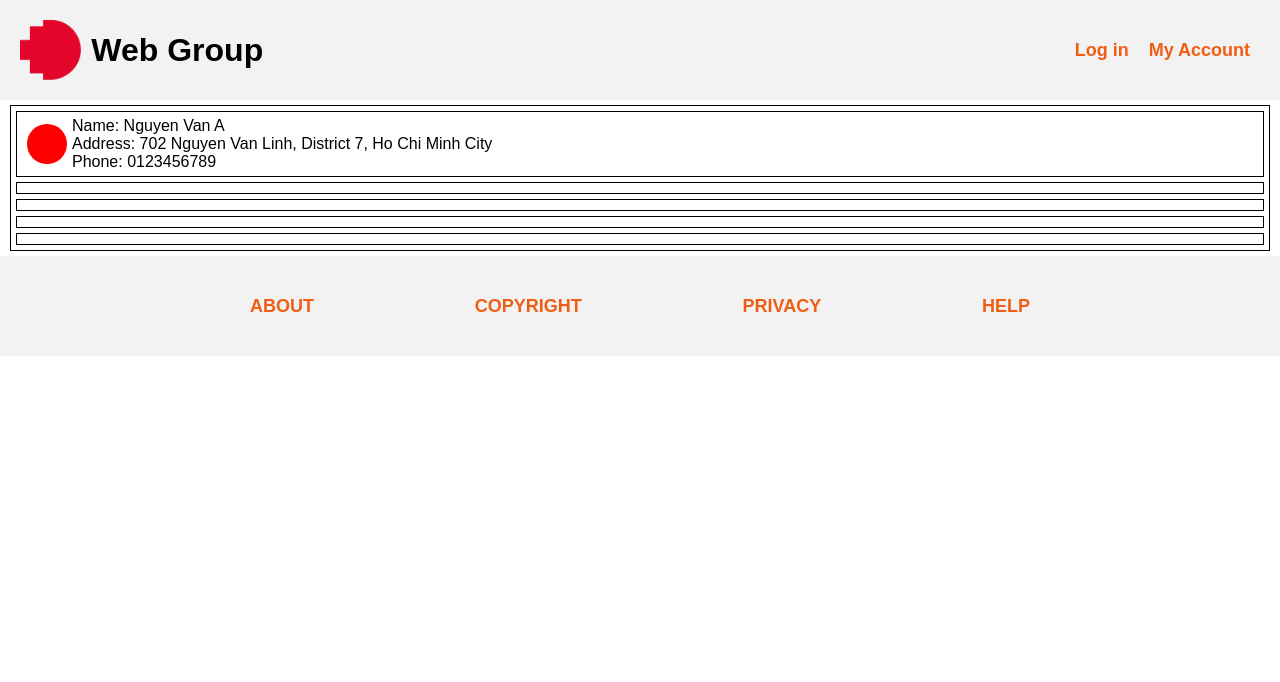
Repository: quynguyn/shoopingweb
Page: shipper.html
The author's editor kept a copy of each file at every save. The page is drawn from the files as they stood at one save, then again after the next save.
The browser window is 1280 px wide. The pictures show the whole page.

Above is the page before, as saved 2023-05-04 15:09:21.

### shipper.html
<!DOCTYPE html>
<html lang="en">

<head>
	<meta charset="UTF-8">
	<meta http-equiv="X-UA-Compatible" content="IE=edge">
	<meta name="viewport" content="width=device-width, initial-scale=1.0">
	<title>Shipper</title>
	<link rel="stylesheet" href="Asset/CSS/style.css">
	<link rel="stylesheet" href="Asset/CSS/shipper.css">
</head>

<body>
	<!-- Header of the page -->
	<header>
		<div class="logo">
			<img src="logo.png" alt="Web Group Logo">
			<h1>Web Group</h1>
		</div>
		<nav>
			<ul>
				<li><a href="#">Log in</a></li>
				<li><a href="#">My Account</a></li>
			</ul>
		</nav>
	</header>
	<div class="main-container">
		<div class="orders-container">
			<div class="order">
				<div class="activity">
					<svg height="50" width="50">
						<circle cx="25" cy="25" r="20" fill="red" />
					</svg>
				</div>

				<div class="information-container">
					<div class="information">
						<pre>Name: </pre>
						<p class="name">Nguyen Van A</p>
					</div>

					<div class="information">
						<pre>Address: </pre>
						<p class="name">702 Nguyen Van Linh, District 7, Ho Chi Minh City</p>
					</div>

					<div class="information">
						<pre>Phone: </pre>
						<p class="name">0123456789</p>
					</div>
				</div>
			</div>
			<div class="order">

			</div>
			<div class="order">

			</div>
			<div class="order">

			</div>
			<div class="order">

			</div>
		</div>
	</div>
	<!-- Footer of the page -->
	<footer>
		<div class="footer-links">
			<a href="#">About</a>
			<a href="#">Copyright</a>
			<a href="#">Privacy</a>
			<a href="#">Help</a>
		</div>
	</footer>

</body>

</html>

### Asset/CSS/style.css
/* Reset CSS */
:root {
    --main-color: #F58216;
    --primary-color: #ffb347;
    --secondary-color: #f05e16;
    --white-color: #f2f2f2;
    /* change the name */
}

/* Reset CSS  */
* {
    padding: 0;
    margin: 0;
    box-sizing: border-box;
    text-decoration: none;
    font-family: Arial, Helvetica, sans-serif;
}

/* Header CSS */
header {
    height: 100px;
    background-color:var(--white-color);
    display: flex;
    justify-content: space-between;
    align-items: center;
    padding: 0 20px;
  }

  .logo {
    display: flex;
    align-items: center;
  }

  .logo img {
    height: 60px;
    margin-right: 10px;
  }

  nav ul {
    display: flex;
    list-style: none;
    margin: 0;
    padding: 0;


  }

  nav ul li {
    margin: 0 10px;
  }

  nav ul li a {
    text-decoration: none;
    font-size: 18px;
    font-weight: bold;
    color: var(--secondary-color);
  }

  /* Footer css */
  footer {
    height: 100px;
    background-color: var(--white-color);
    display: flex;
    justify-content: center;
    align-items: center;
    color: var(--white-color);
  }

  footer div {
    display: flex;
    justify-content: space-between;
    width: 80%;
    max-width: 800px;
  }

  footer div a {
    color: var(--secondary-color);
    text-decoration: none;
    margin: 0 10px;
    text-transform: uppercase;
    font-weight: bold;
    font-size: large;
  }

### Asset/CSS/shipper.css
.main-container {
	margin: 5px;
}

.orders-container {
	margin: 5px;
	border: 1px solid black;
}

.order {
	margin: 5px;
	border: 1px solid black;
	padding: 5px;
	display: flex;
	flex-direction: row;
	align-items: center;
}

.activity {
	width: 50px;
	height: 50px;
}

.information {
	display: flex;
	flex-direction: row;
	align-items: center;
}

After the next save:
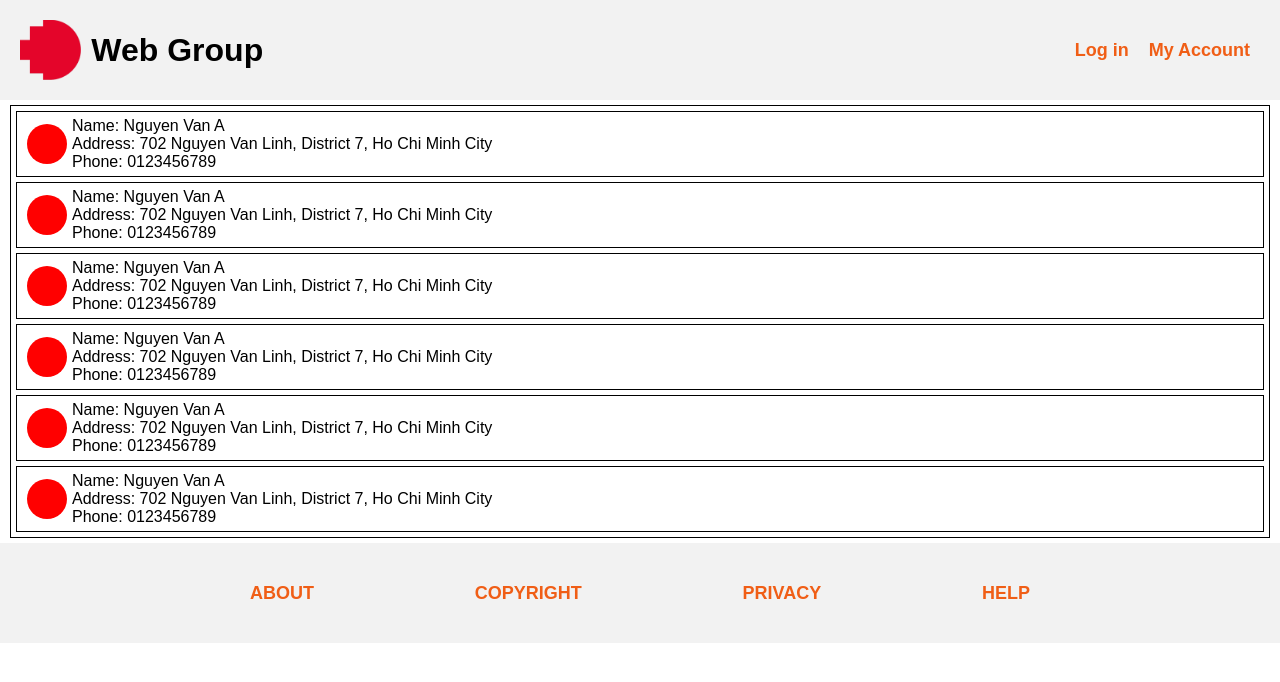
Saved 2 min 24 s later.
--- a/shipper.html
+++ b/shipper.html
@@ -50,17 +50,130 @@
 					</div>
 				</div>
 			</div>
+
 			<div class="order">
+				<div class="activity">
+					<svg height="50" width="50">
+						<circle cx="25" cy="25" r="20" fill="red" />
+					</svg>
+				</div>
 
+				<div class="information-container">
+					<div class="information">
+						<pre>Name: </pre>
+						<p class="name">Nguyen Van A</p>
+					</div>
+
+					<div class="information">
+						<pre>Address: </pre>
+						<p class="name">702 Nguyen Van Linh, District 7, Ho Chi Minh City</p>
+					</div>
+
+					<div class="information">
+						<pre>Phone: </pre>
+						<p class="name">0123456789</p>
+					</div>
+				</div>
 			</div>
+
 			<div class="order">
+				<div class="activity">
+					<svg height="50" width="50">
+						<circle cx="25" cy="25" r="20" fill="red" />
+					</svg>
+				</div>
 
+				<div class="information-container">
+					<div class="information">
+						<pre>Name: </pre>
+						<p class="name">Nguyen Van A</p>
+					</div>
+
+					<div class="information">
+						<pre>Address: </pre>
+						<p class="name">702 Nguyen Van Linh, District 7, Ho Chi Minh City</p>
+					</div>
+
+					<div class="information">
+						<pre>Phone: </pre>
+						<p class="name">0123456789</p>
+					</div>
+				</div>
 			</div>
+
 			<div class="order">
+				<div class="activity">
+					<svg height="50" width="50">
+						<circle cx="25" cy="25" r="20" fill="red" />
+					</svg>
+				</div>
 
+				<div class="information-container">
+					<div class="information">
+						<pre>Name: </pre>
+						<p class="name">Nguyen Van A</p>
+					</div>
+
+					<div class="information">
+						<pre>Address: </pre>
+						<p class="name">702 Nguyen Van Linh, District 7, Ho Chi Minh City</p>
+					</div>
+
+					<div class="information">
+						<pre>Phone: </pre>
+						<p class="name">0123456789</p>
+					</div>
+				</div>
 			</div>
+
 			<div class="order">
+				<div class="activity">
+					<svg height="50" width="50">
+						<circle cx="25" cy="25" r="20" fill="red" />
+					</svg>
+				</div>
 
+				<div class="information-container">
+					<div class="information">
+						<pre>Name: </pre>
+						<p class="name">Nguyen Van A</p>
+					</div>
+
+					<div class="information">
+						<pre>Address: </pre>
+						<p class="name">702 Nguyen Van Linh, District 7, Ho Chi Minh City</p>
+					</div>
+
+					<div class="information">
+						<pre>Phone: </pre>
+						<p class="name">0123456789</p>
+					</div>
+				</div>
+			</div>
+
+			<div class="order">
+				<div class="activity">
+					<svg height="50" width="50">
+						<circle cx="25" cy="25" r="20" fill="red" />
+					</svg>
+				</div>
+
+				<div class="information-container">
+					<div class="information">
+						<pre>Name: </pre>
+						<p class="name">Nguyen Van A</p>
+					</div>
+
+					<div class="information">
+						<pre>Address: </pre>
+						<p class="name">702 Nguyen Van Linh, District 7, Ho Chi Minh City</p>
+					</div>
+
+					<div class="information">
+						<pre>Phone: </pre>
+						<p class="name">0123456789</p>
+					</div>
+				</div>
 			</div>
 		</div>
 	</div>
